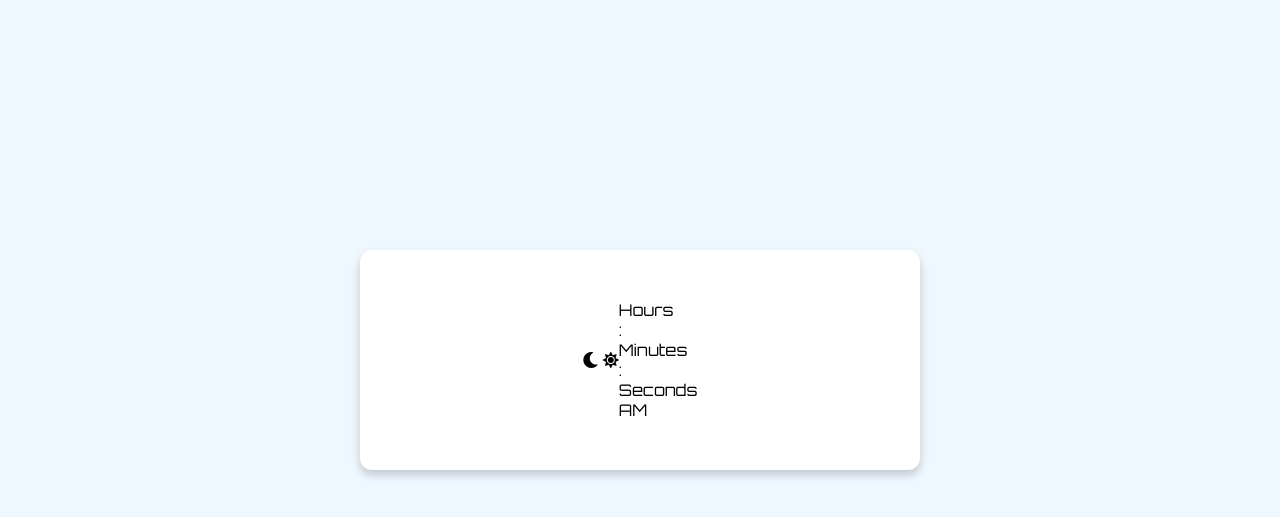
Repository: Seva2705/Clock
Page: index.html
An editor plug-in stored every save of this project. The page is shown before and after a run of saves, followed by the edit.
The browser window is 1280 px wide. The pictures show the whole page.

Above is the page before, as saved 2023-08-06 19:34:18.

After the next 5 saves:
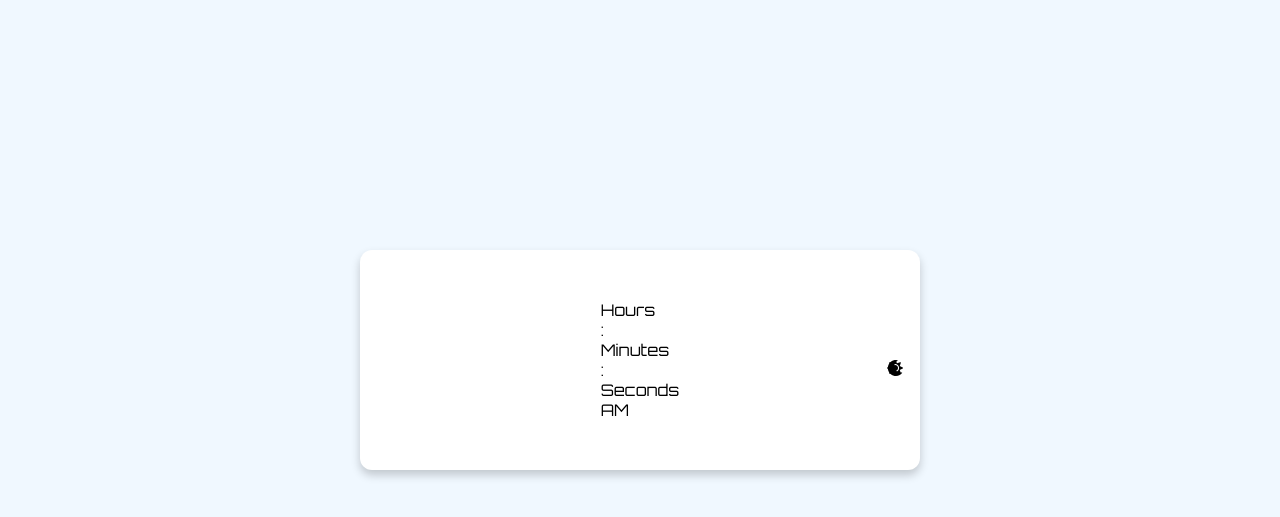
The 5 saves are shown as one change because they came seconds apart.
The last was saved 13 s later.
--- a/style.css
+++ b/style.css
@@ -41,5 +41,6 @@ section.dark .container {
 }
 
 section .container .icons i {
-
+    position: absolute;
+    right: 17px;
 }
